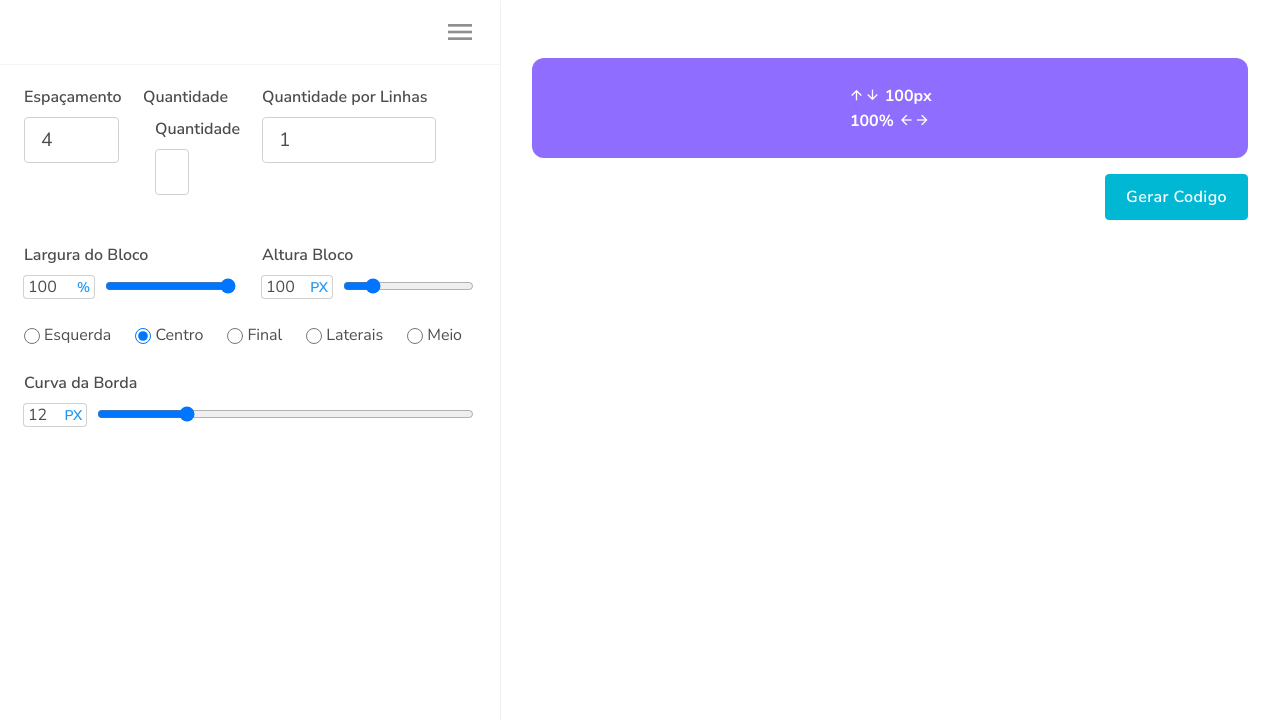
Repository: Flintdl/lowcode-elements
Page: /
These files come from the project's save history. The page is drawn as it stood at one moment and after a run of saves; the edit follows.
The browser window is 1280 px wide. The pictures show the whole page.
The project was rebuilt for these pictures with package versions that can differ from the ones it lists, and the page was loaded fresh each time. Also part of the build but not shown: vue.config.js.

Above is the page before, as saved 2022-04-05 11:51:30.

### src/assets/scss/_variables.scss
// Primarys Colors
$standardTextColor: #4d4d4d;

$primaryColor: #8e6dff;
$secondaryColor: #009997;
$buttonDisableColor: #9c9c9c;
$buttonDisableBgColor: #7676764d;

// Menu Colors

$bgMenuColor: #1d1d1d;
$linkMenuColor: #7b8089;
$iconMenuColor: #2a2a2a;
$borderMenuColor: #323232;

// Botão Colors

$btnPrimary: #00b8d4;
$btnPrimaryHover: #0085b0;

// Generics Colors

$whiteColor: #ffffff;
$mutedColor: #8f8f8f;
$cardColor: #f3f4f7;
$cardColorLight: #f9fafc;
$cardColorLightTwo: #f1f5fc;
$greyLight: #d1d1d1;

// Dropdown Colors

$dropdownHeaderColor: #5f5f5f;
$dropdownColor: #ebffff;

// State Colors

$successColor: #3dc661;
$dangerColor: #e7515a;
$warningColor: #e2a03f;
$infoColor: #2196f3;
$defaultColor: #172b4d;
$lightColor: #e0e0e0;

### src/assets/scss/standard.scss
@import "variables";

.sf-content-page {
  transition: margin-left 0.15s ease;
  margin-left: 500px;
  padding: 3.6rem 2rem;
}

input,
select {
  font-size: 1.2rem;
  font-family: "Nunito Sans", sans-serif;
  color: #4d4d4d;
  background-color: #ffffff;
  width: 100%;
  display: block;
  height: 46px;
  padding: 0 1rem;
  border-radius: 4px;
  border: 1px solid #d1d1d1;
}

input:disabled {
  background-color: $buttonDisableBgColor;
}

textarea {
  font-size: 0.875rem;
  font-family: "Nunito Sans", sans-serif;
  color: #4d4d4d;
  background-color: #ffffff;
  width: 100%;
  display: block;
  padding: 1rem;
  border-radius: 4px;
  border: 1px solid #d1d1d1;
  resize: none;
}

input[type="range"] {
  height: fit-content !important;
}

.sf-form-100 {
  width: calc(100% + 24px);
}

/* Input Radio */
.form-selectradio,
.form-selectcheckbox {
  display: flex;
}

.form-selectradiobutton,
.form-selectcheckboxbutton {
  display: inline-block;
  border-radius: 50%;
  margin: 0;
}

.form-selectradiobutton label,
.form-selectcheckboxbutton label {
  font-size: 0.875rem;
  cursor: pointer;
  display: inline-block;
  margin: 0 16px 0 8px;
  vertical-align: middle;
}

input[type="radio"],
input[type="checkbox"] {
  width: 1rem;
  height: 1rem;
  text-align: center;
  position: relative;
  border-radius: 50%;
  line-height: 16px;
  cursor: pointer;
  margin: 0;
  display: inline-block;
  vertical-align: middle;
}

input[type="checkbox"] {
  border-radius: 6px;
}

// Renderização de Consulta - Botão

.sf-action-rendered-content {
  gap: 8px;
  .sf-action-rendered-consult {
    -webkit-box-flex: 1;
    -ms-flex-positive: 1;
    flex-grow: 1;
    white-space: nowrap;
    width: auto;
    span {
      cursor: pointer;
      &:hover {
        // background-color: #27272736 !important;
        border-color: #272727 !important;
      }
      &.actived {
        // background-color: #00b8d436 !important;
        border-color: #00b8d4 !important;
        font-weight: 700;
      }
    }
  }
}

// Renderização de Consulta - Botão

// Conteúdo socio resultado

.sf-card-socio-content {
  gap: 12px;
  .sf-card-socio {
    width: 100%;
    &.actived {
      div {
        background-color: #1fbdd538;
        border-color: #00b8d4 !important;
        color: #0395ac;
      }
    }
    &:hover {
      div {
        border-color: #00b8d4 !important;
        color: #0395ac;
        cursor: pointer;
      }
    }
  }
}
// Conteúdo socio resultado

// Conteúdo contato resultado

.sf-contact-business-content {
  gap: 12px;
  &.sf-business-overflow {
    ::-webkit-scrollbar {
      background: #e0e0e0;
      height: 4px;
      width: 6px;
    }

    ::-webkit-scrollbar-thumb {
      background: #bebebe;
    }
    ::-webkit-scrollbar-track {
      background-color: #e0e0e0;
    }
    ul {
      max-height: 392px;
      overflow-y: auto;
    }
  }
  .sf-contact-content-list {
    width: 100%;
    &.content-list-segments {
      height: fit-content;
      div {
        background-color: #f5f5f5;
        width: 100%;
      }
      &.actived {
        div {
          background-color: #1fbdd538;
          border-color: #00b8d4 !important;
          color: #0395ac;
        }
      }
      &:hover {
        div {
          border-color: #00b8d4 !important;
          color: #0395ac;
          cursor: pointer;
        }
      }
    }
  }
  &.sf-content-grid {
    .sf-contact-content-list {
      flex: initial;
    }
  }
}

.information-list-business {
  .information-list-business-li {
    span {
      width: 100%;
    }
    &:nth-child(odd) {
      background-color: #79797936;
    }
  }
}

.autocomplete-items {
  position: absolute;
  border: 1px solid #d4d4d4;
  margin: 12px 12px 0;
  border-radius: 4px;
  max-height: 210px;
  overflow-y: auto;
  z-index: 99;
  top: 100%;
  left: 0;
  right: 0;
}

.autocomplete-items div {
  padding: 10px;
  cursor: pointer;
  background-color: #fff;
  border-bottom: 1px solid #d4d4d4;
  &:last-child {
    border-bottom: 0;
  }
}

.autocomplete-items div:hover {
  background-color: #e9e9e9;
}

.autocomplete-active {
  background-color: DodgerBlue !important;
  color: #ffffff;
}

@media (min-width: 731px) {
  .sf-contact-business-content {
    .sf-contact-content-list {
      width: calc(50% - 12px);
    }
    &.sf-content-grid {
      .sf-contact-content-list {
        width: calc(50% - 12px);
      }
    }
  }
  .sf-card-socio-content {
    .sf-card-socio {
      width: calc(50% - 12px);
    }
  }
}

@media (min-width: 960px) {
  .sf-contact-business-content {
    .sf-contact-content-list {
      width: calc((100% - 24px) / 3);
    }
    &.sf-content-grid {
      .sf-contact-content-list {
        width: calc((100% - 24px) / 3);
      }
    }
  }
  .sf-card-socio-content {
    .sf-card-socio {
      width: calc((100% - 24px) / 3);
    }
  }
}
@media (min-width: 1200px) {
  .sf-contact-business-content {
    .sf-contact-content-list {
      width: calc((100% - 24px) / 3);
    }
    &.sf-content-grid {
      .sf-contact-content-list {
        width: calc(100% / 4);
      }
    }
  }
  .sf-card-socio-content {
    .sf-card-socio {
      width: calc((100% - 36px) / 4);
    }
  }
}

// Conteúdo contato resultado

.sf-loading-animation {
  z-index: 999999;
  // display: none;
  height: 100px;
  width: 100px;
}

.sf-loading-input {
  height: 100%;
  width: 40px;
}

// Error Style

.sf-error-svg {
  font-size: 3rem;
  font-family: Impact, Haettenschweiler, "Arial Narrow Bold", sans-serif;
}
/*////////////////////v animation//////////////////*/
.text1 {
  fill: none;
  stroke-linejoin: round;
  stroke-dasharray: 1160;
  stroke-dashoffset: 0;
}
.text1:nth-child(3n) {
  fill: #272727;
}

.text1:nth-child(3n + 2) {
  fill: #e7515a;
}

.text2 {
  fill: #2196f3;
}
// Mesagem Box

.mensagem-box {
  position: fixed;
  overflow: hidden;
  z-index: 997;
  right: 30px;
  bottom: 30px;
}

.mensagem {
  margin-bottom: 12px;
  border-radius: 4px;
  padding: 16px 32px;
  font-size: 1rem;
  color: #fff;
  z-index: 998;
}

.mensagem:last-child {
  margin-bottom: 0;
}

.mensagem.success {
  background-color: $successColor;
}

.mensagem.error {
  background-color: $dangerColor;
}

.mensagem.warning {
  background-color: $warningColor;
}

// Mesagem Box

// Error Style

.sf-modal {
  background-color: #000;
  position: fixed;
  z-index: -1;
  display: none;
  height: 100%;
  width: 100%;
  opacity: 0;
  left: 0;
  top: 0;
  &.actived {
    background-color: gray;
    display: block;
    z-index: 9999;
    opacity: 0.8;
  }
}

### src/assets/scss/menu.scss
@import "materialdesignicons.scss";
@import "_variables.scss";

.sf-menu {
  transition: all 0.15s ease;
  background-color: $whiteColor;
  overflow-x: hidden;
  overflow-y: auto;
  position: fixed;
  height: 100vh;
  width: 500px;
  left: 0;
  top: 0;
  -webkit-box-shadow: 1px 0.05rem 0.01rem rgb(75 75 90 / 8%);
  box-shadow: 1px 0.05rem 0.01rem rgb(75 75 90 / 8%);
  z-index: 9;
  .sf-menu-header {
    display: flex;
    align-items: center;
    border-bottom: 1px solid $cardColor;
    .sf-logo-link {
      opacity: 1;
      padding: 1.25rem 2.25rem;
      transition: opacity 0.5s linear;
      .logo {
        max-width: 100%;
        max-height: 3rem;
      }
    }
    .hamburger-link {
      padding: 0.5rem 1.5rem;
      margin-left: auto;
      cursor: pointer;
    }
  }
  .sf-menu-body {
    padding: 1.25rem 0;
    height: calc(100vh - 110px);
    visibility: hidden;
    .sf-menu-ul {
      visibility: visible;
      .sf-menu-li {
        .sf-menu-list-link {
          color: $linkMenuColor;
          display: flex;
          align-items: center;
          text-decoration: none;
          padding: 0.75rem 2.25rem;
          white-space: nowrap;
          transition: color 180ms ease-in 0s, background-color 180ms ease-in 0s;
          .menu-list-icon {
            background-color: $iconMenuColor;
            padding: 0.55rem;
            border-radius: 4px;
            min-width: 38px;
            min-height: 20px;
            height: 38px;
            margin-right: 1.125rem;
            font-size: 1.25rem;
            display: flex;
            align-items: center;
            justify-content: center;
          }
          .menu-list-icon-arrow {
            transition: transform 0.15s linear;
            font-size: 1.25rem;
            margin-left: auto;
          }
          &:hover {
            color: $whiteColor;
          }
          &.active {
            color: $whiteColor;
            background-color: $cardColor;
            .menu-list-icon-arrow {
              transform: rotate(90deg);
            }
          }
          &.active-nolink {
            color: $btnPrimary;
            font-weight: bold;
          }
        }
        position: relative;
        .sf-menu-li-float {
          transition: padding-left 0.07s linear;
          transform: translateY(-50%);
          position: absolute;
          visibility: hidden;
          padding-left: 0;
          left: 100%;
          top: 50%;
          .sf-menu-li-float-content {
            background-color: $iconMenuColor;
            border-radius: 4px;
            .sf-menu-li-float-span {
              padding: 0.438rem 1rem;
              text-decoration: none;
              align-items: center;
              white-space: nowrap;
              border-radius: 4px;
              color: $whiteColor;
              cursor: pointer;
              display: flex;
              &:hover {
                background-color: darken($iconMenuColor, 4%);
              }
            }
          }
          &.active-nolink {
            .sf-menu-li-float-content {
              .sf-menu-li-float-span {
                color: $btnPrimary;
                font-weight: bold;
              }
            }
          }
        }
      }
    }
    .menu-list-content {
      transition: 0.15s height linear;
      overflow: hidden;
      height: 0;
      .menu-list-level-two {
        background-color: $cardColorLight;
        padding-left: 55px;
        .menu-list-level-two-item {
          padding-top: 0.45rem;
          padding-bottom: 0.45rem;
          .menu-list-level-two-link {
            color: #5f5f5f;
            display: flex;
            align-items: center;
            text-decoration: none;
            padding: 0.5rem 2.25rem 0.5rem 1.25rem;
            font-size: 0.875rem;
          }
        }
      }
    }
  }
}

.footer {
  bottom: 0;
  padding: 1rem 2rem;
  position: absolute;
  right: 0;
  left: 500px;
}

// Barra Topo
.bar-header {
  background-color: $iconMenuColor;
  display: flex;
  align-items: center;
  margin-left: 500px;
  padding: 0 2rem;
  -webkit-box-shadow: 0 0.05rem 0.01rem rgba(75, 75, 90, 0.075);
  box-shadow: 0 0.05rem 0.01rem rgba(75, 75, 90, 0.075);
  transition: all 0.15s ease;
}
.bar-header .ola-usuario {
  margin: 0;
}
.bar-header .usuario {
  font-weight: 700;
  color: $linkMenuColor;
}
.bar-header .bloco-usuario {
  display: flex;
  margin-left: auto;
}
.bar-header .bloco-usuario .lista-util-usuario {
  display: flex;
  align-items: center;
  margin-right: 0.5rem;
}
.bar-header .bloco-usuario .lista-util-usuario .lista-util-usuario-item {
  display: inline-block;
}
.bar-header
  .bloco-usuario
  .lista-util-usuario
  .lista-util-usuario-item
  .lista-util-usuario-link {
  display: block;
  cursor: pointer;
  padding: 0.625rem 1rem;
  font-size: 1.25rem;
  color: #5f5f5f;
}
.bar-header
  .bloco-usuario
  .lista-util-usuario
  .lista-util-usuario-item
  .lista-util-usuario-link
  .lista-util-usuario-img {
  fill: #8f8f8f;
}
.bar-header
  .bloco-usuario
  .lista-util-usuario
  .lista-util-usuario-item
  .lista-util-usuario-link:hover {
  opacity: 0.5;
}
.bar-header .bloco-usuario .bloco-menu-usuario {
  position: relative;
  display: flex;
  align-items: center;
  cursor: pointer;
}
.bar-header .bloco-usuario .bloco-menu-usuario .bloco-imagem-usuario {
  height: 100%;
}
.bar-header
  .bloco-usuario
  .bloco-menu-usuario
  .bloco-imagem-usuario
  .imagem-usuario {
  height: 36px;
  width: 36px;
  padding: 3px;
  background-color: #f3f4f7;
  border-radius: 50%;
}
// Barra Topo

.ga-mascara-fundo {
  display: none;
  position: fixed;
  top: 0;
  left: 0;
  width: 100%;
  height: 100%;
  cursor: pointer;
  z-index: 8;
  background-color: #000000;
  opacity: 0.5;
  transition: all 0.15s ease;
}

@media screen and (min-width: 768px) {
  body.menu-fechado {
    .sf-menu {
      overflow: initial;
      width: 62px;
      .sf-menu-header {
        .sf-logo-link {
          display: none;
        }
        .hamburger-link {
          padding: 0.5em 0.98rem;
          margin: 0;
        }
      }
      .sf-menu-body {
        // overflow: hidden;
        .sf-menu-ul {
          .sf-menu-li {
            height: 62px;
            .sf-menu-list-text,
            .menu-list-icon-arrow {
              display: none;
            }
            .sf-menu-list-link {
              padding-left: 0;
              padding-right: 0;
              .menu-list-icon {
                margin: 0 12px;
              }
            }
            &:hover {
              .sf-menu-li-float {
                visibility: visible;
                padding-left: 20px;
              }
            }
          }
        }
      }
      // &:hover {
      //     max-width: 300px;
      //     .sf-menu-header {
      //         .sf-logo-link {
      //             padding: 1.25rem 2.25rem;
      //             display: block;
      //         }
      //         .hamburger-link {
      //             padding: 1.5em;
      //             margin-left: auto;
      //         }
      //     }
      //     .sf-menu-body {
      //         overflow-y: auto;
      //         .sf-menu-ul {
      //             .sf-menu-li {
      //                 height: auto;
      //                 .sf-menu-list-text,
      //                 .menu-list-icon-arrow {
      //                     display: block;
      //                 }
      //                 .sf-menu-list-link {
      //                     padding: 0.75rem 2.25rem;
      //                     .menu-list-icon {
      //                         margin: 0 1.125rem 0 0;
      //                     }
      //                 }
      //             }
      //         }
      //     }
      // }
    }
    .bar-header,
    .sf-content-page {
      margin-left: 62px;
    }
    .footer {
      left: 62px;
    }
  }
}

@media screen and (max-width: 767px) {
  body.menu-mobile-aberto {
    overflow: hidden;
  }
  body.menu-mobile-aberto .sf-menu {
    transform: translateX(0px);
  }
  body.menu-mobile-aberto .ga-mascara-fundo {
    display: block;
  }

  .sf-menu {
    transform: translateX(-250px);
    width: 250px;
    max-width: 250px;
    box-shadow: none;
  }
  .sf-menu .sf-menu-header .logo-link {
    padding: 1.5rem;
  }
  .sf-menu .sf-menu-body {
    visibility: visible;
  }
  .sf-menu
    .sf-menu-body
    .sf-menu-lista
    .sf-menu-lista-item
    .sf-menu-lista-link {
    padding: 0.75rem 1.5rem;
  }
  .sf-menu .sf-menu-body .sf-menu-lista-nivel-2 {
    padding-left: 44px;
  }
  .sf-menu
    .sf-menu-body
    .sf-menu-lista-nivel-2
    .sf-menu-lista-nivel-2-item
    .sf-menu-lista-nivel-2-link {
    padding: 0.5rem 1.5rem 0.5rem 1.25rem;
  }

  .bar-header {
    position: fixed;
    width: 100%;
    top: 0;
    z-index: 8;
    padding: 0 1rem;
    margin: 0;
  }

  .sf-content-page {
    margin: 0;
  }

  .footer {
    left: 0;
    padding: 0.5rem 1rem;
  }
}
@media screen and (max-width: 576px) {
  .bar-header .bloco-usuario .ga-dropdown {
    position: static;
  }
  .bar-header .bloco-usuario .ga-dropdown .ga-dropdown-menu {
    width: calc(100% - 2rem);
    min-width: auto;
    left: 1rem;
    top: 100%;
    transform: translateY(0px);
  }
}

### src/views/HomeView.vue
<template>
  <div>
    <div class="sf-row">
      <div
        id="sf-preview-code-content"
        class="sf-col-12 sf-mx-auto sf-position-relative"
      >
        <!-- <div class="sf-display-flex sf-flex-wrap sf-width-100">
          <div
            id="sf-grid-template"
            class="sf-grid sf-position-relative"
            :style="{
              width: cssProps.width,
              height: String(valorHeight) + 'px',
              left: inputGap / 2 + 'px',
            }"
            v-bind:key="n"
            v-for="n of quantidade"
          ></div>
        </div> -->
        <div id="sf-preview-code">
          <div
            :style="gapProps"
            :class="[
              'sf-display-flex sf-flex-wrap sf-width-100',
              'sf-justify-content-' + checkValue,
            ]"
          >
            <DivGrid
              v-bind:key="n"
              v-for="n of quantidade"
              :tamanho="String(valor)"
              :altura="String(valorHeight)"
              class="sf-position-relative"
              :cssDefinido="cssProps"
            />
          </div>
        </div>
      </div>
      <div class="sf-col-12 sf-mt-3 sf-display-flex sf-justify-content-end">
        <button class="sf-btn sf-btn-primary" @click="gerarCodigo">
          Gerar Codigo
        </button>
      </div>
    </div>
    <div class="sf-row" v-if="htmlPreviewCode">
      <div class="sf-col-12 sf-mx-auto sf-mt-5 sf-code-content">
        <div class="sf-bg-code sf-p-4 sf-border-radius">
          <code>
            <span class="sf-text-info">Código do Preview</span> <br />
            {{ htmlPreviewCode }}
          </code>
        </div>
      </div>
    </div>
  </div>
</template>

<script>
// @ is an alias to /src

import DivGrid from "@/components/templates/DivGrid.vue";

export default {
  name: "HomeView",
  data: function () {
    return {
      htmlPreviewCode: null,
    };
  },
  components: {
    DivGrid,
  },
  props: {
    valor: String,
    inputGap: String,
    quantidade: String,
    valorHeight: String,
    quantidadeLinha: String,
    inputBorderRadius: String,
    checkValue: String,
  },
  computed: {
    cssProps() {
      return {
        width: `calc((${this.valor}% - ${this.inputGap}px * ${
          this.quantidadeLinha - "1"
        }) / ${this.quantidadeLinha})`,
        height: this.valorHeight + "px",
        "border-radius": this.inputBorderRadius + "px",
      };
    },
    gapProps() {
      return {
        gap: this.inputGap + "px",
      };
    },
  },
  methods: {
    gerarCodigo() {
      this.htmlPreviewCode =
        document.getElementById("sf-preview-code").innerHTML;
    },
  },
};
</script>

<style>
#sf-grid-template:after {
  content: "";
  width: 100%;
  height: 150%;
  top: -25%;
  background-color: #ff008c0a;
  border: 1px solid rgba(255, 0, 140, 0.103);
  border-left: 2px solid #ff008c38;
  border-right: 2px solid #ff008c38;
  position: absolute;
}
</style>

### src/components/templates/InputGapTemplate.vue
<template>
  <div class="sf-col-3 sf-form-group">
    <label class="sf-label">Espaçamento</label>
    <input
      type="number"
      min="1"
      max="12"
      value="2"
      id="inputGap"
      v-model="valor"
      class="filter-states sf-text-capitalize"
      placeholder="Quantidade de Blocos"
    />
  </div>
</template>

<script>
export default {
  props: {
    valorInput: String,
  },
  computed: {
    valor: {
      get() {
        var inp = this.valorInput;
        return inp;
      },
      set(valorInput) {
        this.$emit("callback", valorInput);
      },
    },
  },
};
</script>

<style></style>

### src/components/templates/InputQuantidadeTemplate.vue
<template>
  <div class="sf-col-3 sf-form-group">
    <label class="sf-label">Quantidade</label>
    <div class="sf-col-4 sf-form-group">
      <label class="sf-label">Quantidade</label>
      <input
        type="number"
        value="1"
        id="inputQuantidade"
        v-model="inputQuantidade"
        class="filter-states sf-text-capitalize"
        placeholder="Quantidade de Blocos"
      />
    </div>
  </div>
</template>

<script>
export default {
  props: {
    valorInput: String,
  },
  computed: {
    valor: {
      get() {
        var inp = this.valorInput;
        return inp;
      },
      set(valorInput) {
        this.$emit("callback", valorInput);
      },
    },
  },
};
</script>

<style></style>

### src/components/templates/DivGrid.vue
<template>
  <div
    class="sf-bg-primary sf-position-relative sf-overflow-hidden"
    :style="cssDefinido"
  >
    <span
      class="sf-position-absolute sf-centerAbsolute-xy sf-text-white sf-font-weight-extra-bold sf-text-center"
      :style="tamanho"
    >
      <i
        class="mdi mdi-arrow-up sf-text-md sf-text-white sf-dropdown-action"
      ></i>
      <i
        class="mdi mdi-arrow-down sf-text-md sf-text-white sf-dropdown-action"
      ></i>
      {{ altura }}px <br />

      {{ tamanho }}%
      <i
        class="mdi mdi-arrow-left sf-text-md sf-text-white sf-dropdown-action"
      ></i>
      <i
        class="mdi mdi-arrow-right sf-text-md sf-text-white sf-dropdown-action"
      ></i>
    </span>
  </div>
</template>

<script>
export default {
  props: {
    cssDefinido: Object,
    tamanho: String,
    altura: String,
  },
};
</script>

<style></style>

Loaded but not shown: public/index.html (common file); src/main.js (common file); src/App.vue (common file); src/registerServiceWorker.js (common file); src/router/index.js (common file); src/assets/scss/materialdesignicons.scss (9 lines, source omitted); src/assets/scss/style.scss (4095 lines, source omitted); src/components/Menu/MenuTemplate.vue (331 lines, source omitted)

After the next 2 saves:
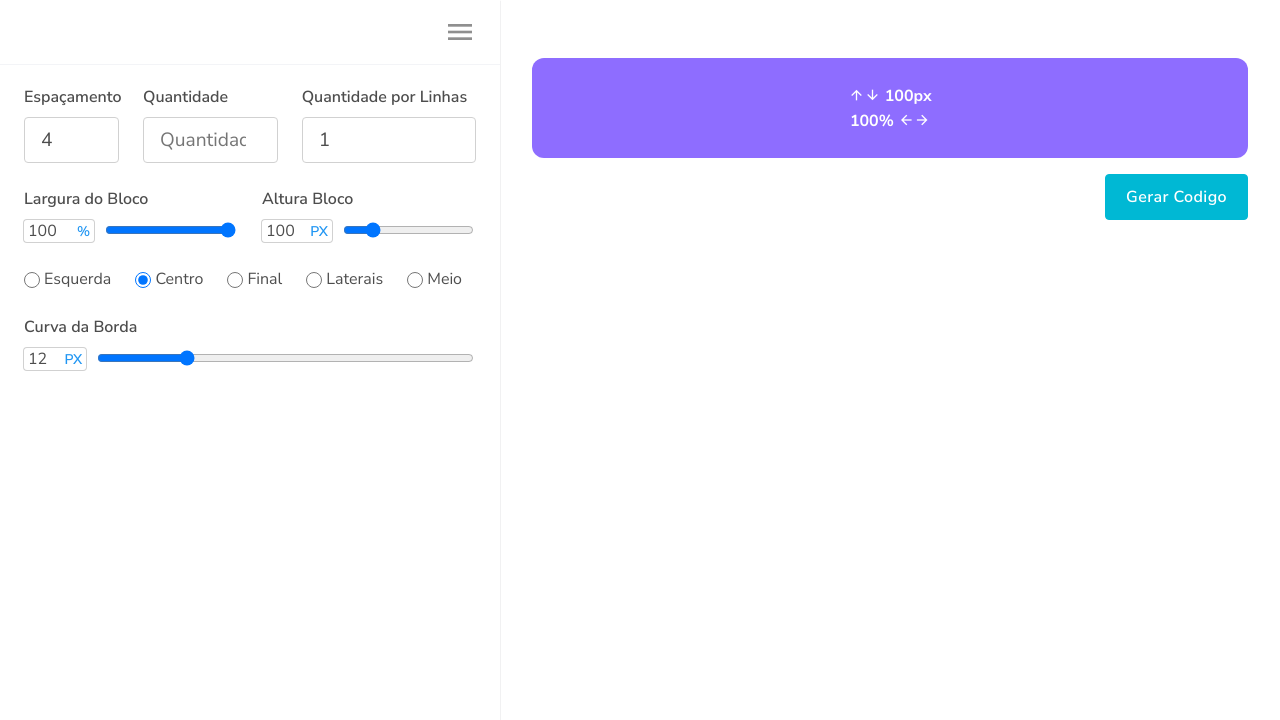
The 2 saves are shown as one change because they came seconds apart.
The last was saved 9 s later.
--- a/src/components/templates/InputQuantidadeTemplate.vue
+++ b/src/components/templates/InputQuantidadeTemplate.vue
@@ -1,17 +1,14 @@
 <template>
-  <div class="sf-col-3 sf-form-group">
+  <div class="sf-col-4 sf-form-group">
     <label class="sf-label">Quantidade</label>
-    <div class="sf-col-4 sf-form-group">
-      <label class="sf-label">Quantidade</label>
-      <input
-        type="number"
-        value="1"
-        id="inputQuantidade"
-        v-model="inputQuantidade"
-        class="filter-states sf-text-capitalize"
-        placeholder="Quantidade de Blocos"
-      />
-    </div>
+    <input
+      type="number"
+      value="1"
+      id="inputQuantidade"
+      v-model="inputQuantidade"
+      class="filter-states sf-text-capitalize"
+      placeholder="Quantidade de Blocos"
+    />
   </div>
 </template>
 
